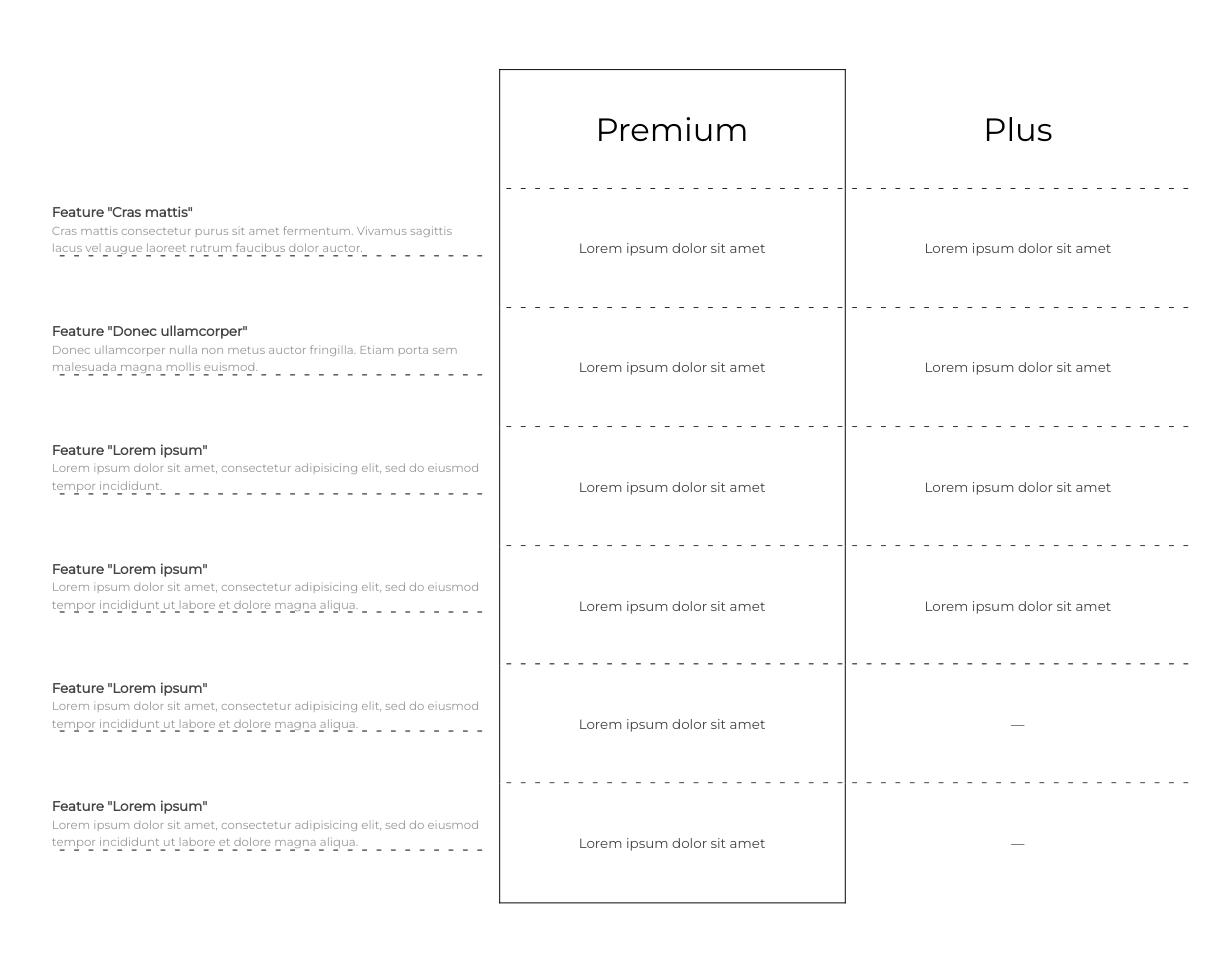
Repository: darlino/gotyu_shopify_section
Page: gotyu_table210223/index.html
The author's editor kept a copy of each file at every save. The page is drawn from the files as they stood at one save, then again after the next save.
The browser window is 1280 px wide. The pictures show the whole page, at 96% of full size.

Above is the page before, as saved 2023-02-21 13:08:30.

After the next save:
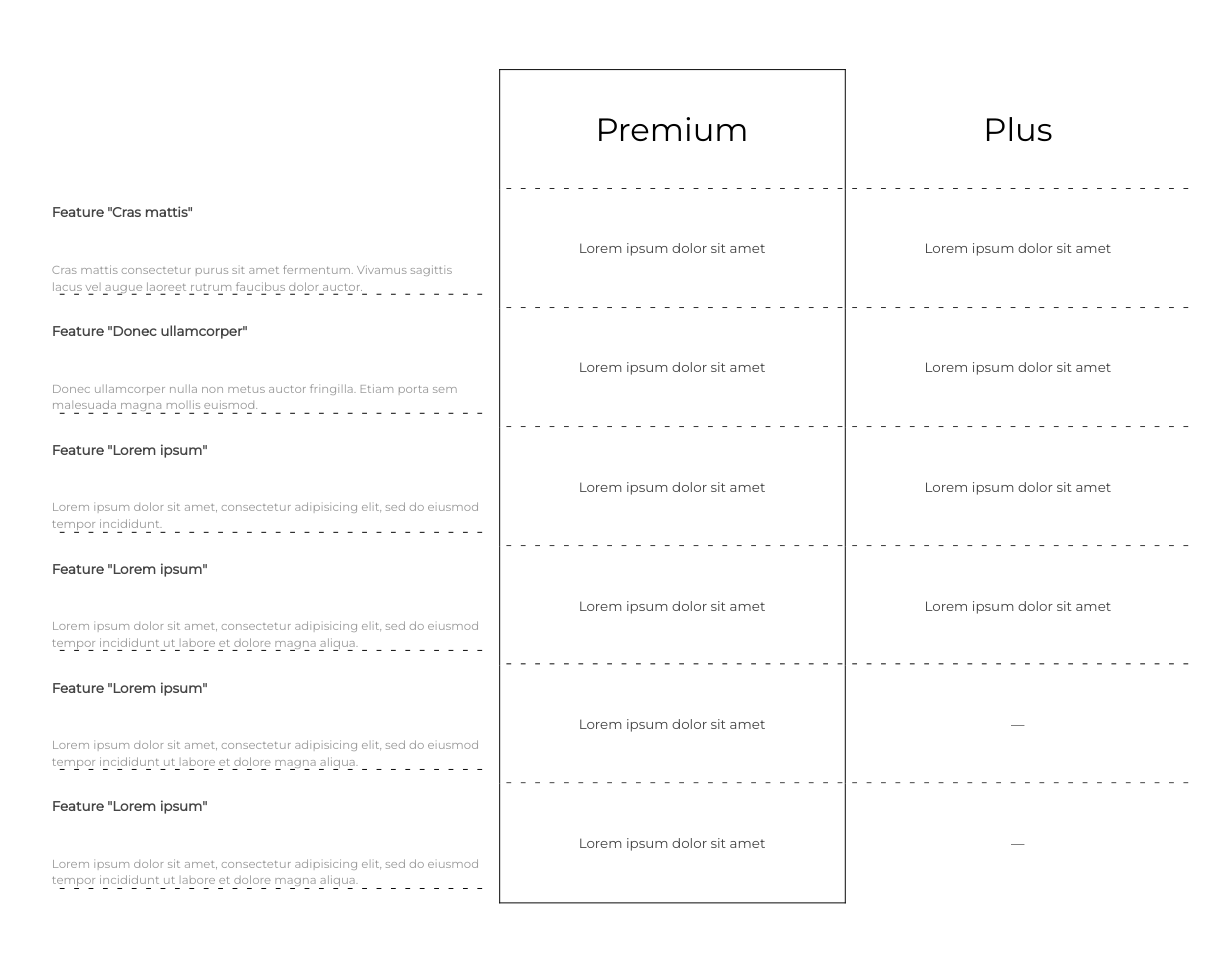
Saved 9 s later.
--- a/gotyu_table210223/style.css
+++ b/gotyu_table210223/style.css
@@ -90,7 +90,7 @@ tbody th span {
   background-position: bottom;
   background-size: 15px 1.2px;
   background-repeat: repeat-x;
-  margin-bottom: 40px;
+  margin-top: 40px;
 }
 
 tbody td {
